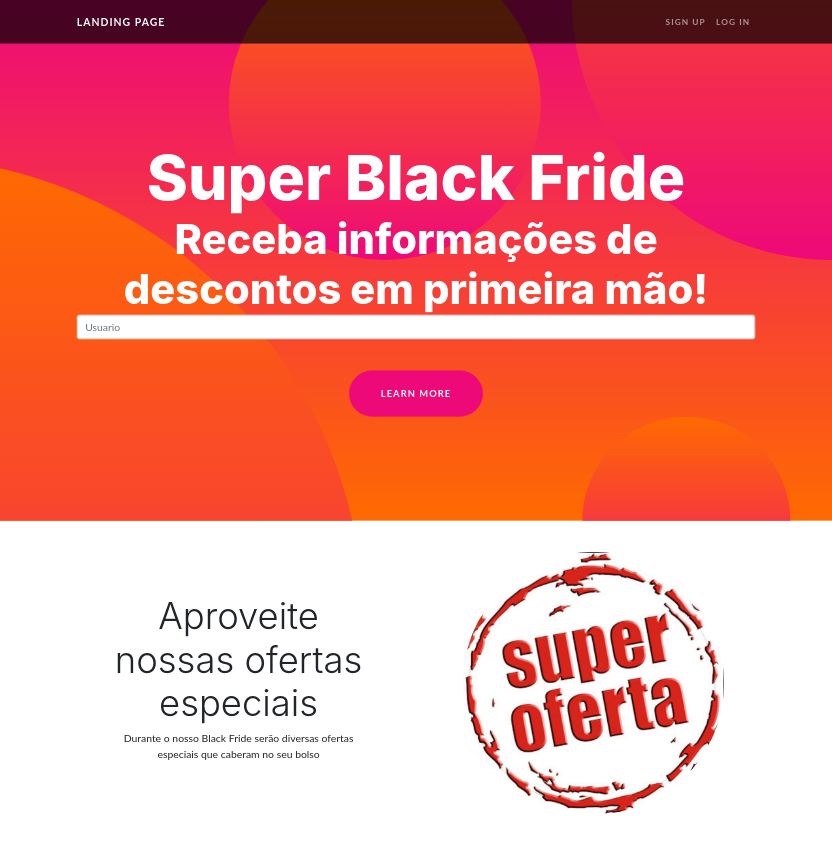
Repository: jrfalcao/landing-page
Page: /
The author's editor kept a copy of each file at every save. The page is drawn from the files as they stood at one save, then again after a run of saves.
The browser window is 1280 px wide. The pictures show the whole page, at 65% of full size.
The project was rebuilt for these pictures with package versions that can differ from the ones it lists, and the page was loaded fresh each time.

Above is the page before, as saved 2021-07-18 16:59:00.

After the next 3 saves:
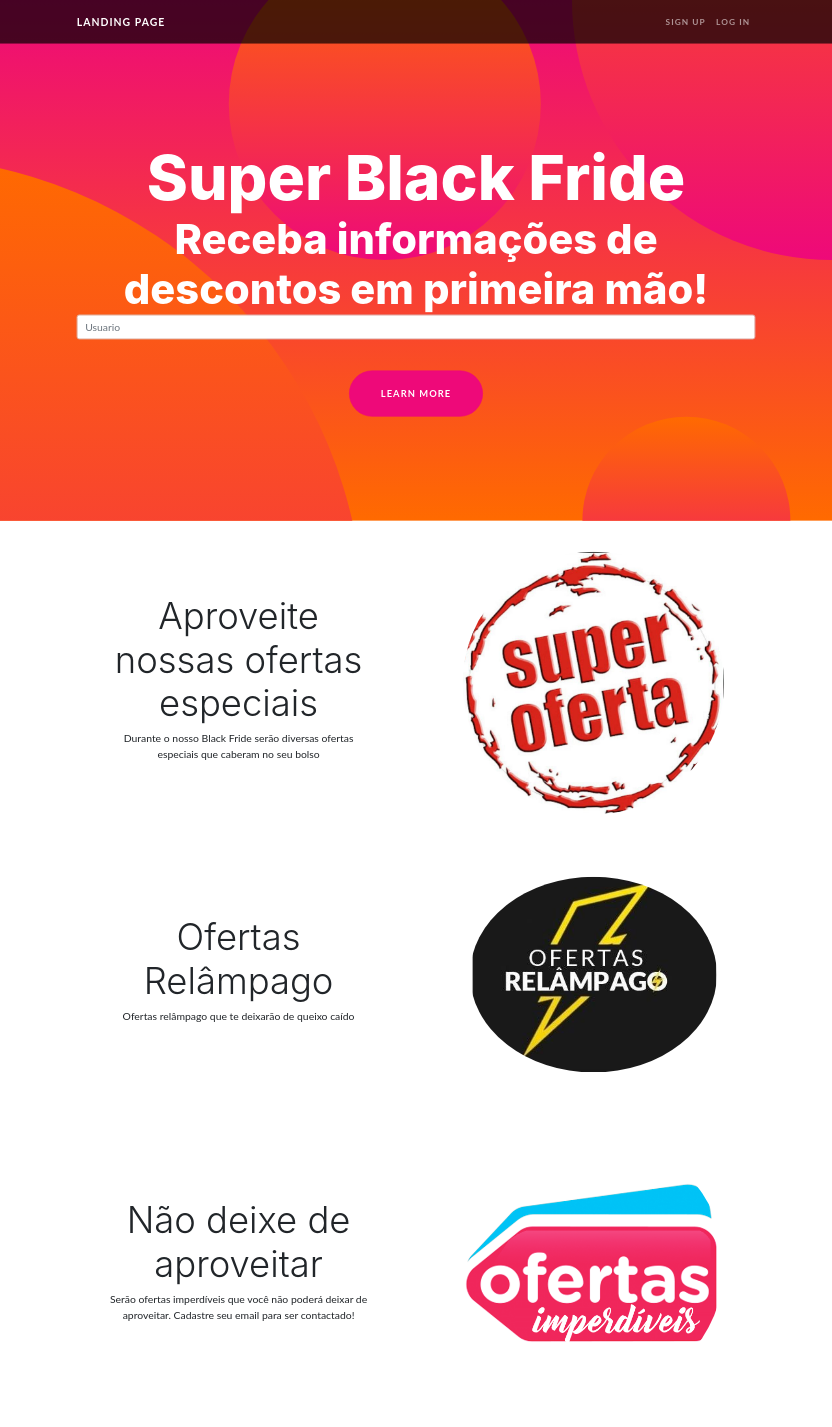
The 3 saves are shown as one change because 2 did not build or start.
The last was saved 10 min 28 s later.
--- a/src/App.js
+++ b/src/App.js
@@ -4,6 +4,8 @@ import Promotion from './Components/Promotion';
 
 import './assets/css/App.css';
 import Image01 from './assets/img/super_oferta.jpg'
+import Image02 from './assets/img/oferta_relampago.jpg'
+import Image03 from './assets/img/ofertas_imperdiveis.png'
 
 
 function App() {
@@ -17,6 +19,18 @@ function App() {
         promoTitle="Aproveite nossas ofertas especiais"
         description="Durante o nosso Black Fride serão diversas ofertas especiais que caberam no seu bolso"
       />
+      <Promotion
+        imageDir={true}
+        imgUrl={Image02}
+        promoTitle="Ofertas Relâmpago"
+        description="Ofertas relâmpago que te deixarão de queixo caído"
+      />
+      <Promotion
+        imageDir={true}
+        imgUrl={Image03}
+        promoTitle="Não deixe de aproveitar"
+        description="Serão ofertas imperdíveis que você não poderá deixar de aproveitar. Cadastre seu email para ser contactado!"
+      />
     </div>
   );
 }
